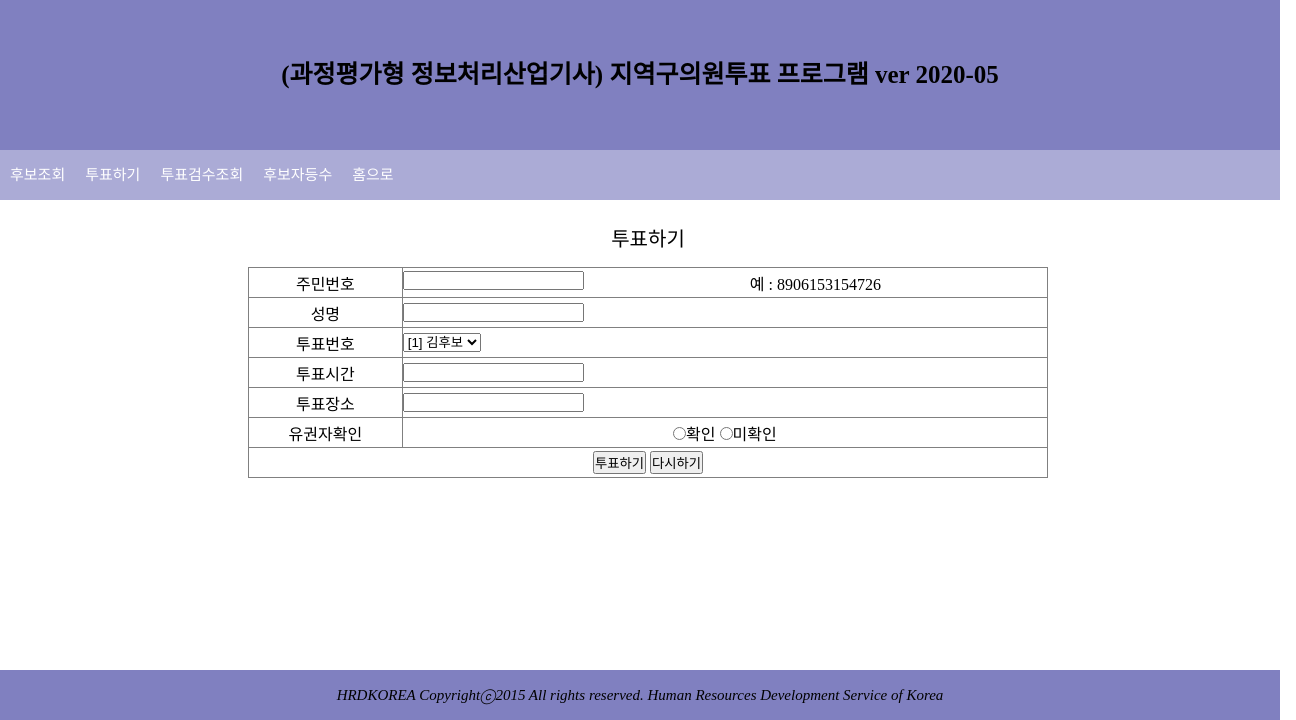
Repository: eunbiro/HRD_1236
Page: http://localhost/HRD_1235/insert.jsp
The author's editor kept a copy of each file at every save. The page is drawn from the files as they stood at one save, then again after the next save.
The browser window is 1280 px wide. The page is 1296 px wide, so the pictures cover 1296 px, including what lies to the right of the window. The pictures show the whole page.
The page is served by Tomcat 9. Other server files are loaded and not shown.

Above is the page before, as saved 2022-12-22 01:55:44.

### HRD_1235/src/main/webapp/insert.jsp
<%@ page language="java" contentType="text/html; charset=UTF-8"
    pageEncoding="UTF-8"%>
<!DOCTYPE html>
<html>
<head>
<meta charset="UTF-8">
<title>투표하기</title>
<link rel="stylesheet" href="style.css">
</head>
<body>
	<%@ include file="header.jsp" %>
	<section>
		<div class="title">투표하기</div>
		<div class="wrapper">
			<table>
				<tr>
					<td>주민번호</td>
					<td class="input">
						<input />
						예 : 8906153154726
					</td>
				</tr>
				<tr>
					<td>성명</td>
					<td class="input"><input /></td>
				</tr>
				<tr>
					<td>투표번호</td>
					<td class="input">
						<select>
							<option>[1] 김후보</option>
							<option>[2] 이후보</option>
							<option>[3] 박후보</option>
							<option>[4] 조후보</option>
							<option>[5] 최후보</option>
						</select>
					</td>
				</tr>
				<tr>
					<td>투표시간</td>
					<td class="input"><input /></td>
				</tr>
				<tr>
					<td>투표장소</td>
					<td class="input"><input /></td>
				</tr>
				<tr>
					<td>유권자확인</td>
					<td class="input">
						<label><input type="radio" />확인</label>
						<label><input type="radio" />미확인</label>
					</td>
				</tr>
				<tr>
					<td colspan="2">
						<button>투표하기</button>
						<button>다시하기</button>
					</td>
				</tr>

			</table>
		</div>
	</section>
	<%@ include file="footer.jsp" %>
</body>
</html>

### HRD_1235/src/main/webapp/header.jsp
<%@ page language="java" contentType="text/html; charset=UTF-8"
    pageEncoding="UTF-8"%>
<!DOCTYPE html>
<html>
<head>
<meta charset="UTF-8">
<title>Insert title here</title>
</head>
<body>
	<header>(과정평가형 정보처리산업기사) 지역구의원투표 프로그램 ver 2020-05</header>
	<nav>
		<ul class="menu">
			<li><a href="list">후보조회</a></li>
			<li><a href="insert">투표하기</a></li>
			<li><a href="result">투표검수조회</a></li>
			<li><a href="rank">후보자등수</a></li>
			<li><a href="home">홈으로</a></li>
		</ul>
	</nav>
</body>
</html>

### HRD_1235/src/main/webapp/footer.jsp
<%@ page language="java" contentType="text/html; charset=UTF-8"
    pageEncoding="UTF-8"%>
<!DOCTYPE html>
<html>
<head>
<meta charset="UTF-8">
<title>Insert title here</title>
</head>
<body>
	<footer>HRDKOREA Copyrightⓒ2015 All rights reserved. Human Resources Development Service of Korea</footer>
</body>
</html>

### HRD_1235/src/main/webapp/style.css
@charset "UTF-8";

* {
	margin: 0;
	padding: 0;
}

a {
	text-decoration: none;
	color: #fff;
}

header {
	width: 100%;
	height: 150px;
	line-height: 150px;
	background: #8080c0;
	font-size: 25px;
	text-align: center;
	font-weight: 900;
}

.menu {
	display: flex;
	list-style: none;
	width: 100%;
	background: #ababd6;
}

.menu li {
	margin: 5px;
	padding: 5px;
	height: 30px;
	line-height: 30px;
	font-size: 15px;
}

section {
	width: 100%;
	height: 100%;
	padding: 8px;
}

.title {
	width: 100%;
	margin: 15px 0;
	font-size: 20px;
	text-align: center;
	font-weight: 500;
}

.wrapper {
	display: flex;
	justify-content: center;
	align-items: center;
	text-align: center;
}

table {
	width: 800px;
}

table, tr, td, th {
	border: 1px solid gray;
	border-collapse: collapse;
}

table tr {
	height: 30px;
}

td > input, td select {
	float: left;
}

footer {
	position: fixed;
	width: 100%;
	height: 50px;
	line-height: 50px;
	bottom: 0;
	background: #8080c0;
	font-size: 15px;
	font-style: italic;
	text-align: center;
}

After the next save:
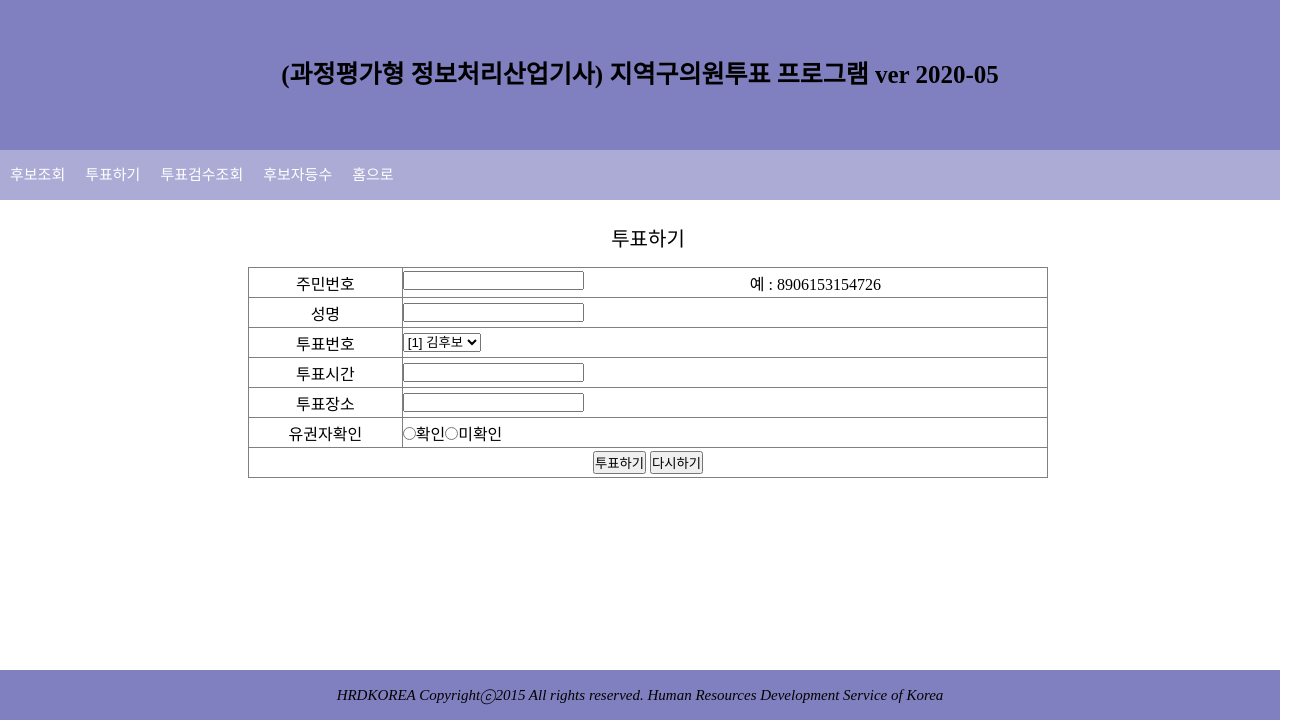
Saved 16 s later.
--- a/HRD_1235/src/main/webapp/style.css
+++ b/HRD_1235/src/main/webapp/style.css
@@ -69,7 +69,7 @@ table tr {
 	height: 30px;
 }
 
-td > input, td select {
+td > input, td select, td label {
 	float: left;
 }
 
